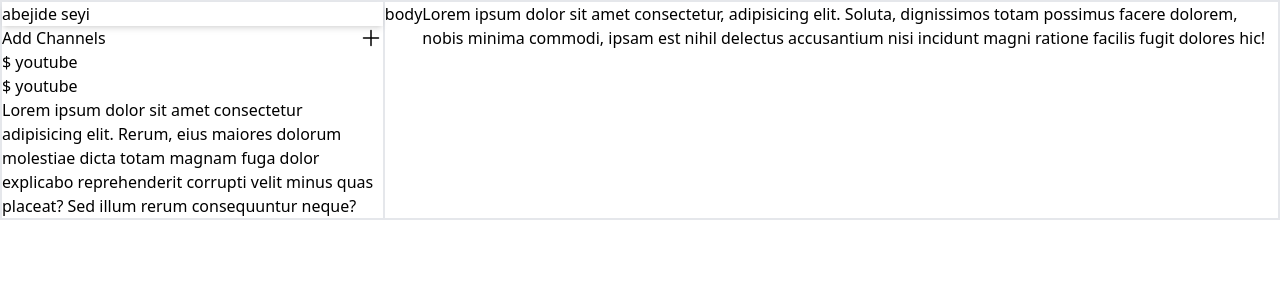
Repository: Semanmernstack/chat-mini
Page: /
These files come from the project's save history. The page is drawn as it stood at one moment and after the next save; the edit follows.
The browser window is 1280 px wide. The pictures show the whole page.
The project was rebuilt for these pictures with package versions that can differ from the ones it lists, and the page was loaded fresh each time. Also part of the build but not shown: src/features/counter/Counter.module.css, src/features/counter/Counter.js.

Above is the page before, as saved 2022-11-14 05:46:31.

### src/App.js
import React from 'react';
import logo from './logo.svg';
import { Counter } from './features/counter/Counter';
import Sidebar from './Sidebar';
import Body from './Body';


function App() {
  return (
    <div className="flex flex-1  max-w-screen-xl mx-auto border-2">
      <div className="flex flex-[0.3]">
        <Sidebar/>
      </div>
      <div className="flex flex-[0.7]">
        <Body/>
      </div>
    </div>
  );
}

export default App;

### src/features/counter/counterSlice.js
import { createAsyncThunk, createSlice } from '@reduxjs/toolkit';
import { fetchCount } from './counterAPI';

const initialState = {
  value: 0,
  status: 'idle',
};

// The function below is called a thunk and allows us to perform async logic. It
// can be dispatched like a regular action: `dispatch(incrementAsync(10))`. This
// will call the thunk with the `dispatch` function as the first argument. Async
// code can then be executed and other actions can be dispatched. Thunks are
// typically used to make async requests.
export const incrementAsync = createAsyncThunk(
  'counter/fetchCount',
  async (amount) => {
    const response = await fetchCount(amount);
    // The value we return becomes the `fulfilled` action payload
    return response.data;
  }
);

export const counterSlice = createSlice({
  name: 'counter',
  initialState,
  // The `reducers` field lets us define reducers and generate associated actions
  reducers: {
    increment: (state) => {
      // Redux Toolkit allows us to write "mutating" logic in reducers. It
      // doesn't actually mutate the state because it uses the Immer library,
      // which detects changes to a "draft state" and produces a brand new
      // immutable state based off those changes
      state.value += 1;
    },
    decrement: (state) => {
      state.value -= 1;
    },
    // Use the PayloadAction type to declare the contents of `action.payload`
    incrementByAmount: (state, action) => {
      state.value += action.payload;
    },
  },
  // The `extraReducers` field lets the slice handle actions defined elsewhere,
  // including actions generated by createAsyncThunk or in other slices.
  extraReducers: (builder) => {
    builder
      .addCase(incrementAsync.pending, (state) => {
        state.status = 'loading';
      })
      .addCase(incrementAsync.fulfilled, (state, action) => {
        state.status = 'idle';
        state.value += action.payload;
      });
  },
});

export const { increment, decrement, incrementByAmount } = counterSlice.actions;

// The function below is called a selector and allows us to select a value from
// the state. Selectors can also be defined inline where they're used instead of
// in the slice file. For example: `useSelector((state: RootState) => state.counter.value)`
export const selectCount = (state) => state.counter.value;

// We can also write thunks by hand, which may contain both sync and async logic.
// Here's an example of conditionally dispatching actions based on current state.
export const incrementIfOdd = (amount) => (dispatch, getState) => {
  const currentValue = selectCount(getState());
  if (currentValue % 2 === 1) {
    dispatch(incrementByAmount(amount));
  }
};

export default counterSlice.reducer;

### src/Sidebar.js
import React from 'react'
import Sidebarlist from './app/Sidebarlist'

function Sidebar() {
  return (
    <div className="flex flex-col   border-r-2  ">
        <div className="shadow-md">
            <h1>abejide seyi</h1>
        </div>
        <div  className="flex items-center justify-between">
           <h1>Add Channels</h1>
           <svg xmlns="http://www.w3.org/2000/svg" fill="none" viewBox="0 0 24 24" strokeWidth={1.5} stroke="currentColor" className="w-6 h-6">
                <path strokeLinecap="round" strokeLinejoin="round" d="M12 4.5v15m7.5-7.5h-15" />
            </svg>
        </div>
        <Sidebarlist/>
        <Sidebarlist/>
        <h1>Lorem ipsum dolor sit amet consectetur adipisicing elit. Rerum, eius maiores dolorum molestiae dicta totam magnam fuga dolor explicabo reprehenderit corrupti velit minus quas placeat? Sed illum rerum consequuntur neque?</h1>
    </div>
  )
}

export default Sidebar

### src/Body.js
import React from 'react'

function Body() {
  return (
    <div className="flex ">
        <h1>body</h1>
        <h1>Lorem ipsum dolor sit amet consectetur, adipisicing elit. Soluta, dignissimos totam possimus facere dolorem, nobis minima commodi, ipsam est nihil delectus accusantium nisi incidunt magni ratione facilis fugit dolores hic!</h1>
    </div>
  )
}

export default Body

### src/app/Sidebarlist.js
import React from 'react'

function Sidebarlist() {
  return (
    <div className="flex items-center justify-between">
        <h2>
         $   <span>youtube</span>
        </h2>
    </div>
  )
}

export default Sidebarlist

Loaded but not shown: public/index.html (common file); src/index.js (common file); src/app/store.js (common file); src/reportWebVitals.js (common file); src/index.css (common file); src/features/counter/counterAPI.js (common file); tailwind.config.js (common file)

After the next save:
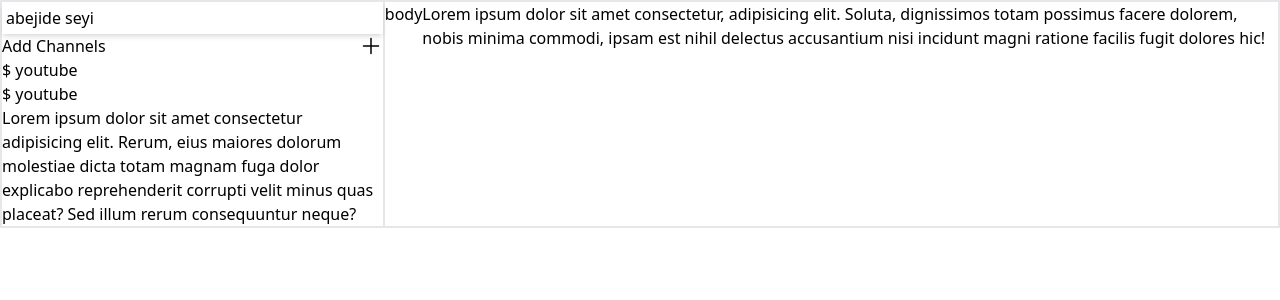
Saved 25 s later.
--- a/src/Sidebar.js
+++ b/src/Sidebar.js
@@ -4,7 +4,7 @@ import Sidebarlist from './app/Sidebarlist'
 function Sidebar() {
   return (
     <div className="flex flex-col   border-r-2  ">
-        <div className="shadow-md">
+        <div className="shadow-md p-1">
             <h1>abejide seyi</h1>
         </div>
         <div  className="flex items-center justify-between">
